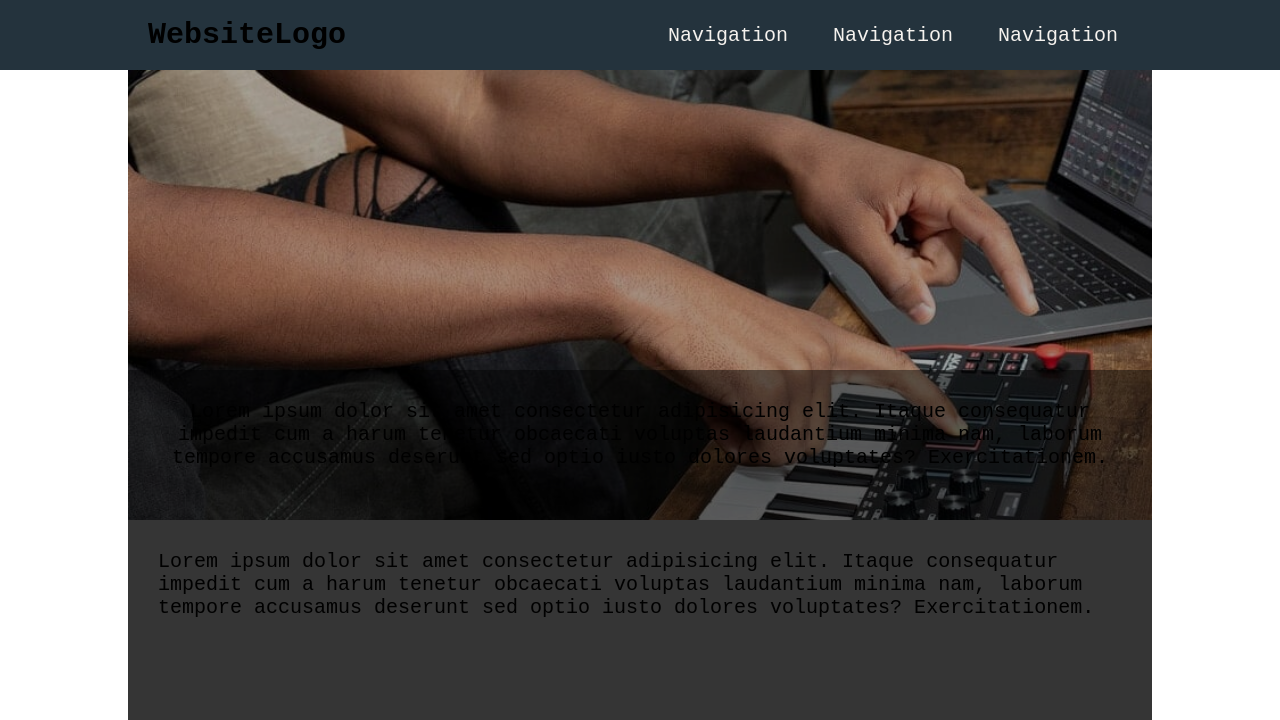
Repository: piotrokrutniak/Projekt-Studia
Page: index.html
The author's editor kept a copy of each file at every save. The page is drawn from the files as they stood at one save, then again after the next save.
The browser window is 1280 px wide. The pictures show the whole page.

Above is the page before, as saved 2023-03-04 14:16:48.

After the next save:
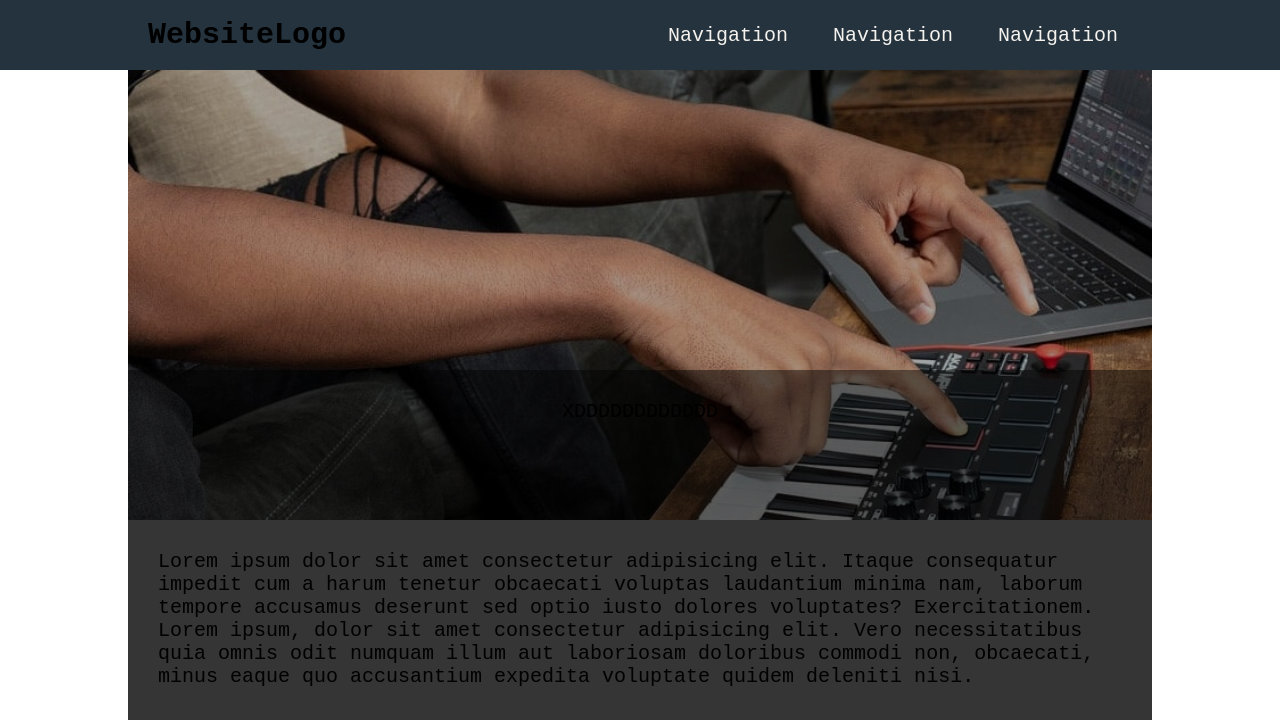
Saved 102 s later.
--- a/index.html
+++ b/index.html
@@ -38,12 +38,12 @@
         <div class="carousel-section">
             <img class="carousel-img" src="img/Hero-2.jpg" alt="MIDI controller on a table">
             <div class="carousel-desc">
-                Lorem ipsum dolor sit amet consectetur adipisicing elit. Itaque consequatur impedit cum a harum tenetur obcaecati voluptas laudantium minima nam, laborum tempore accusamus deserunt sed optio iusto dolores voluptates? Exercitationem.
-
+                XDDDDDDDDDDDD
             </div>
         </div>
         <div class="text-section">
         Lorem ipsum dolor sit amet consectetur adipisicing elit. Itaque consequatur impedit cum a harum tenetur obcaecati voluptas laudantium minima nam, laborum tempore accusamus deserunt sed optio iusto dolores voluptates? Exercitationem.
-        </div>
+        Lorem ipsum, dolor sit amet consectetur adipisicing elit. Vero necessitatibus quia omnis odit numquam illum aut laboriosam doloribus commodi non, obcaecati, minus eaque quo accusantium expedita voluptate quidem deleniti nisi.
+    </div>
     </div>
 </body>
